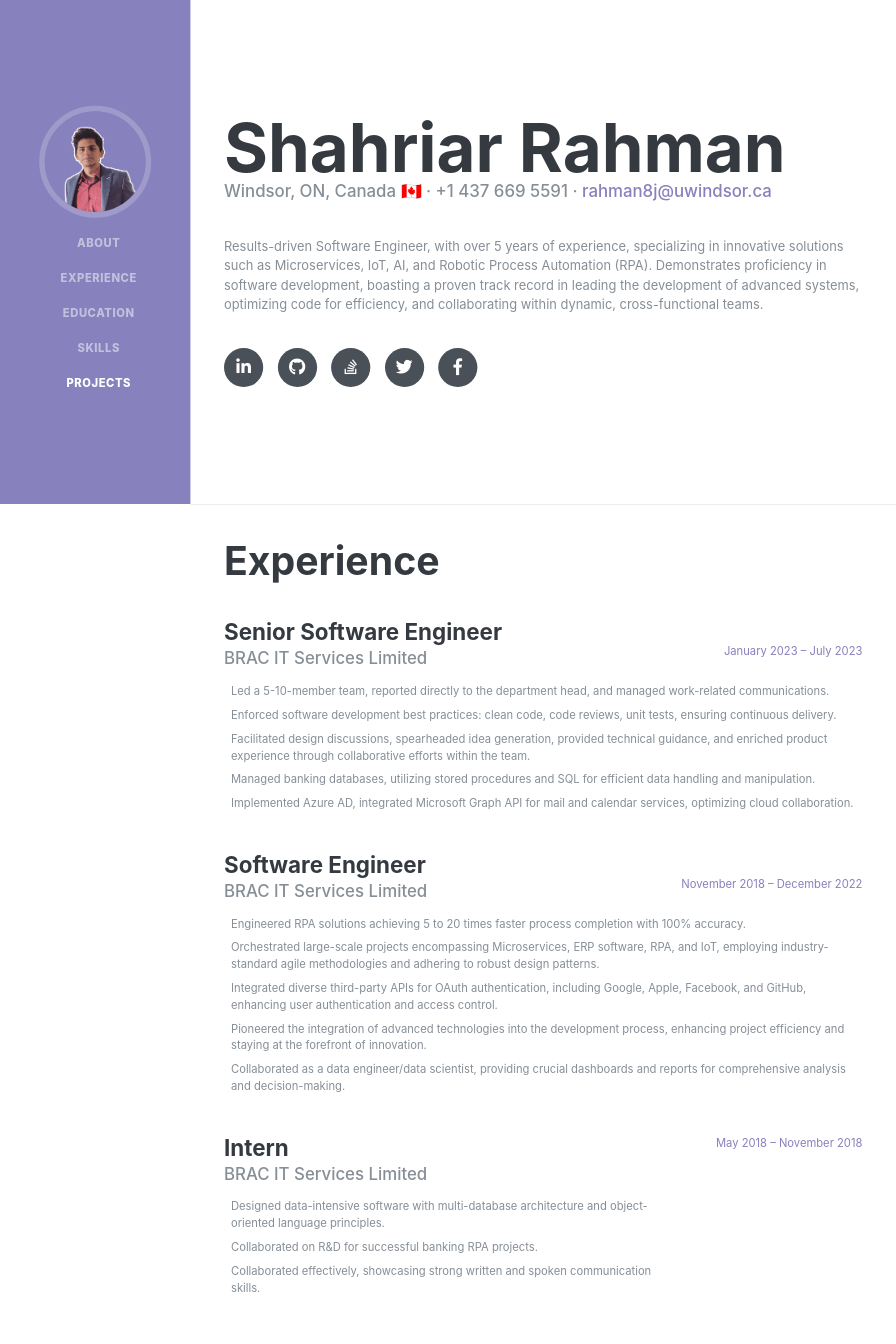
Repository: xahin96/xahin96.github.io
Page: index.html
An editor plug-in stored every save of this project. The page is shown before and after the next save, followed by the edit.
The browser window is 1280 px wide. The pictures show the part of the page from y = 0 to 1920 px (the page is 5415 px tall before and 5545 px after), at 70% of full size.
Some web fonts or font styles are not loaded; a fallback is used.

Above is the page before, as saved 2024-04-27 12:35:11.

After the next save:
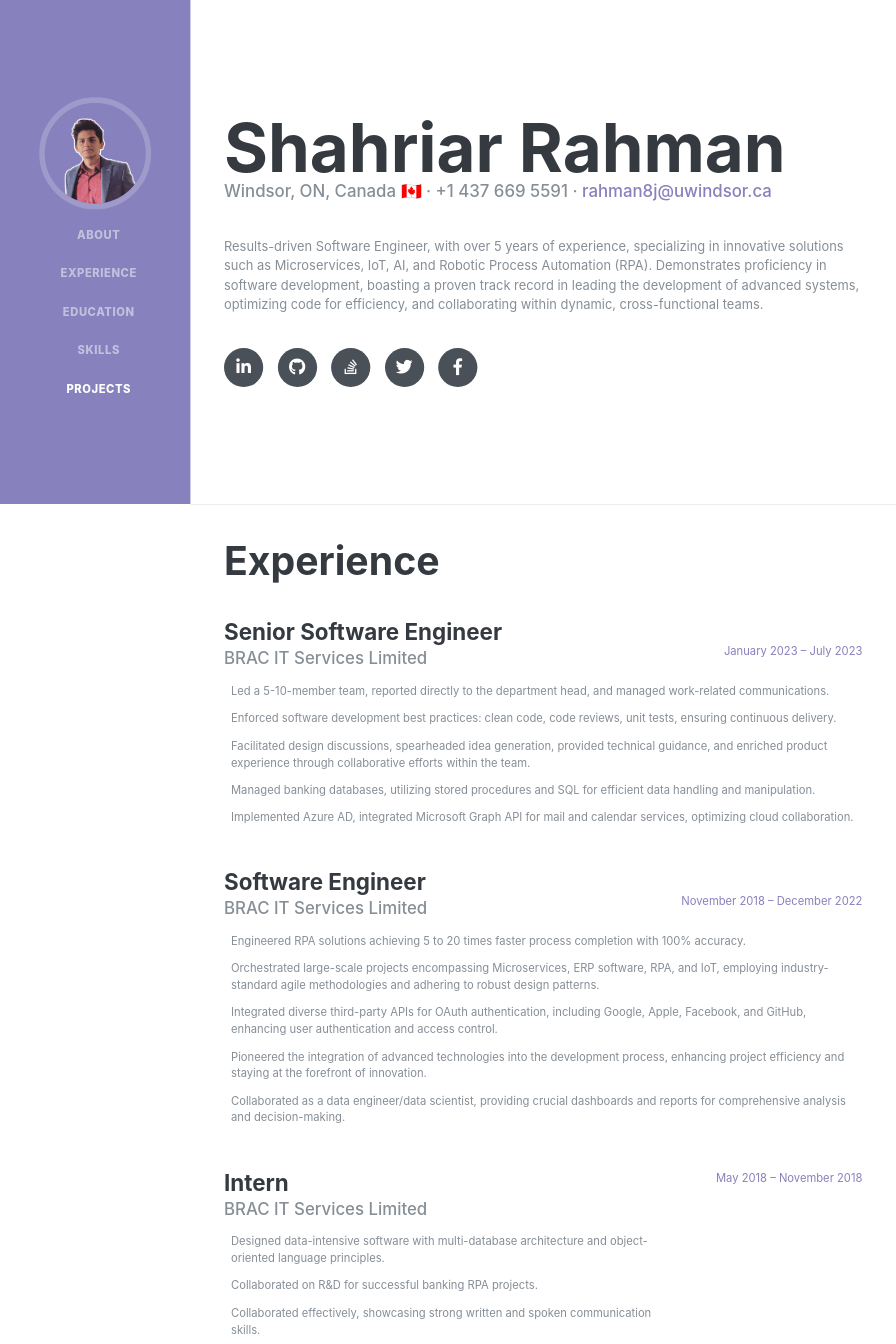
Saved 6 s later.
--- a/css/resume.css
+++ b/css/resume.css
@@ -52,7 +52,7 @@ ul{
 }
 
 li{
-  margin-bottom: 10px;
+  margin-bottom: 15px;
   margin-left: 10px;
   list-style: none;
 }
